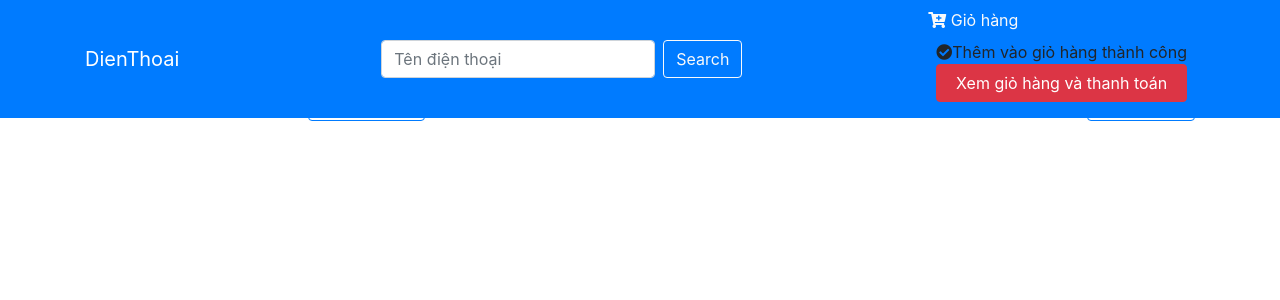
Repository: dovanthao2404/BC14_Bai_Tap_Ban_Dien_Thoai_dovanthao
Page: app/views/index.html
These files come from the project's save history. The page is drawn as it stood at one moment and after the next save; the edit follows.
The browser window is 1280 px wide. The pictures show the whole page.
Some web libraries are served in a nearby version. The style sheet was rebuilt from its Sass, Less or Tailwind sources for each picture, by a compiler version that may differ from the author's.

Above is the page before, as saved 2021-08-14 16:03:27.
Console error (its wording comes from the project's code and is left out).

After the next save:
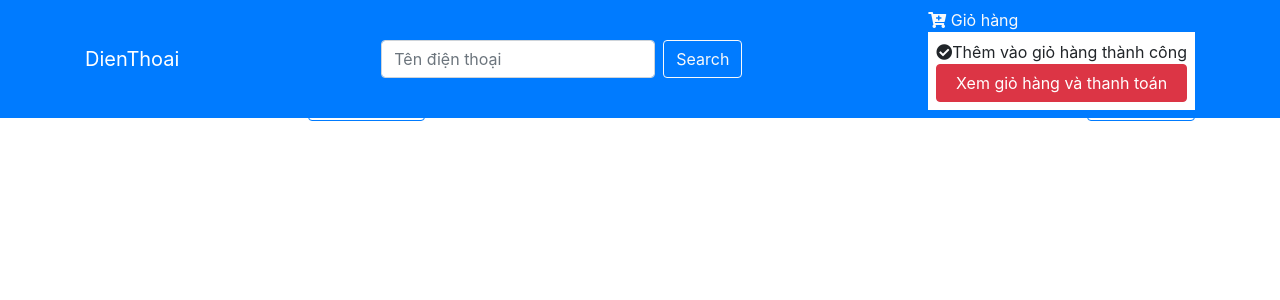
Saved 19 s later.
--- a/app/views/index.html
+++ b/app/views/index.html
@@ -48,7 +48,7 @@
           <a href="cart.html" class="text-light">
             <i class="fa fa-cart-plus"></i> Giỏ hàng
           </a>
-          <div class="notifiSuccess p-2">
+          <div class="notifiSuccess p-2 bg-white">
             <div class="d-flex align-items-center">
               <i class="fa fa-check-circle"></i>
               <p class="m-0">Thêm vào giỏ hàng thành công</p>
